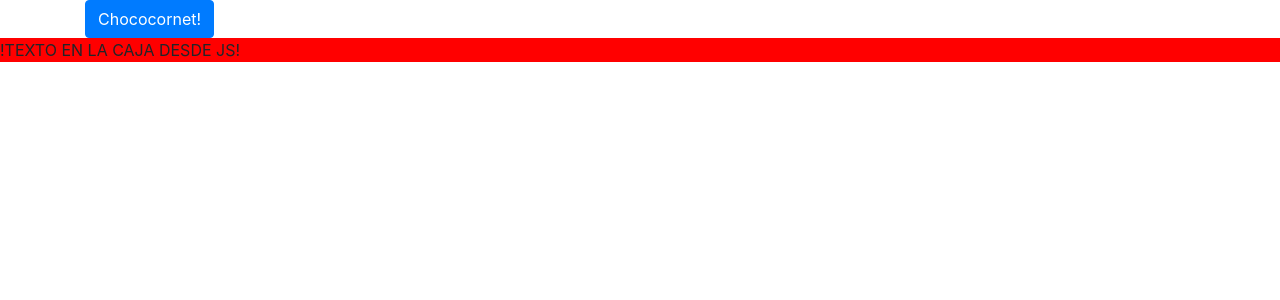
Repository: gitmadacode/practica_javascript
Page: Inicio/index.html
An editor plug-in stored every save of this project. The page is shown before and after the next save, followed by the edit.
The browser window is 1280 px wide. The pictures show the whole page.

Above is the page before, as saved 2019-09-09 00:31:05.

After the next save:
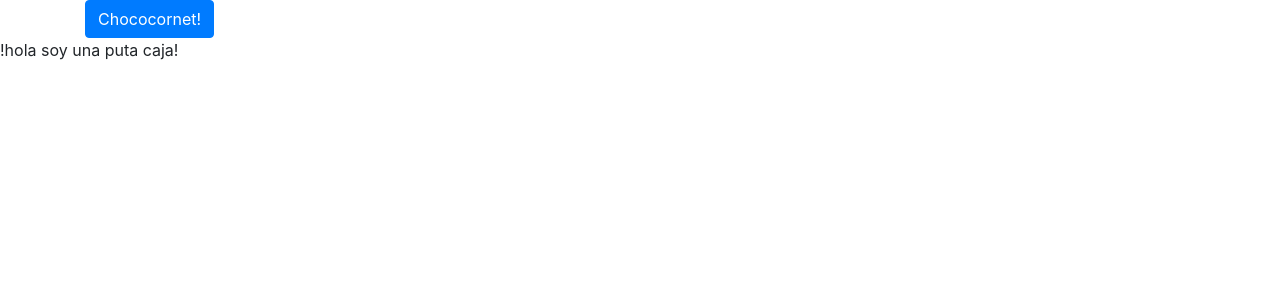
Console error (its wording comes from the project's code and is left out).
Saved 9 min 4 s later.
--- a/Inicio/js/dom.js
+++ b/Inicio/js/dom.js
@@ -5,10 +5,9 @@
 }
 
 
+//var caja = document.getElementById("micaja");
 
-
-
-var caja = document.getElementById("micaja");
+var caja = document.querySelector(#micaja);
 
 caja.innerHTML = "!TEXTO EN LA CAJA DESDE JS!";
 

After the save that followed:
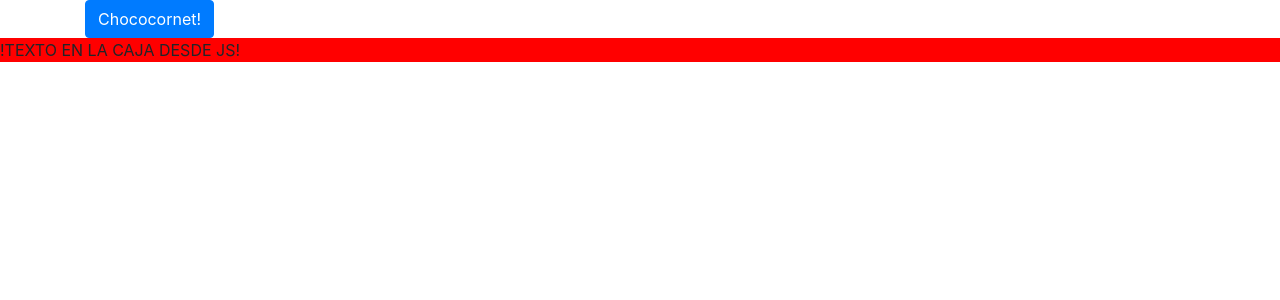
The error is gone.
Saved 9 s later.
--- a/Inicio/js/dom.js
+++ b/Inicio/js/dom.js
@@ -7,7 +7,7 @@
 
 //var caja = document.getElementById("micaja");
 
-var caja = document.querySelector(#micaja);
+var caja = document.querySelector("#micaja");
 
 caja.innerHTML = "!TEXTO EN LA CAJA DESDE JS!";
 
